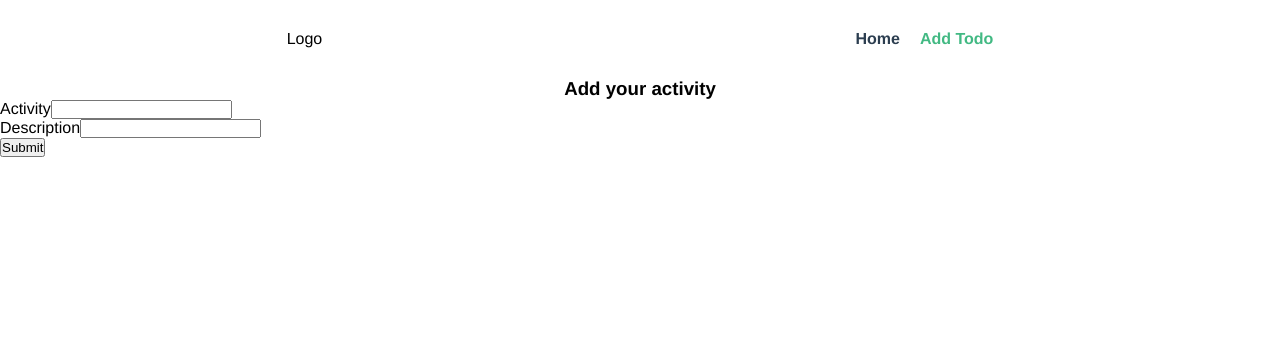
Repository: adisamicheal/academy-vuex-todo
Page: /add-todo
The author's editor kept a copy of each file at every save. The page is drawn from the files as they stood at one save, then again after the next save.
The browser window is 1280 px wide. The pictures show the whole page.
The project was rebuilt for these pictures with package versions that can differ from the ones it lists, and the page was loaded fresh each time. Also part of the build but not shown: src/views/Home.vue.

Above is the page before, as saved 2021-11-01 10:38:38.

After the next save:
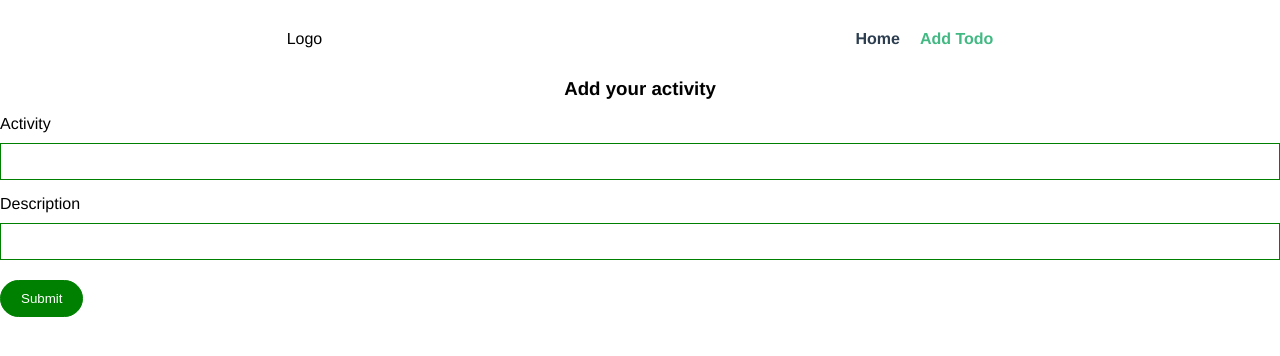
Saved 118 s later.
--- a/src/views/AddTodo.vue
+++ b/src/views/AddTodo.vue
@@ -33,7 +33,22 @@ export default {
 h3 {
     text-align: center;
 }
-form {
-    margin: auto;
+ .form-input {
+    display: flex;
+    flex-direction: column;
+    margin-top: 15px;
+}
+.form-input input {
+    margin-top: 10px;
+    padding: 10px 15px;
+    border: 1px solid green;
+}
+button {
+    background: green;
+    border: 1px solid green;
+    color: #fff;
+    padding: 10px 20px;
+    border-radius: 20px;
+    margin-top: 20px;
 }
 </style>
